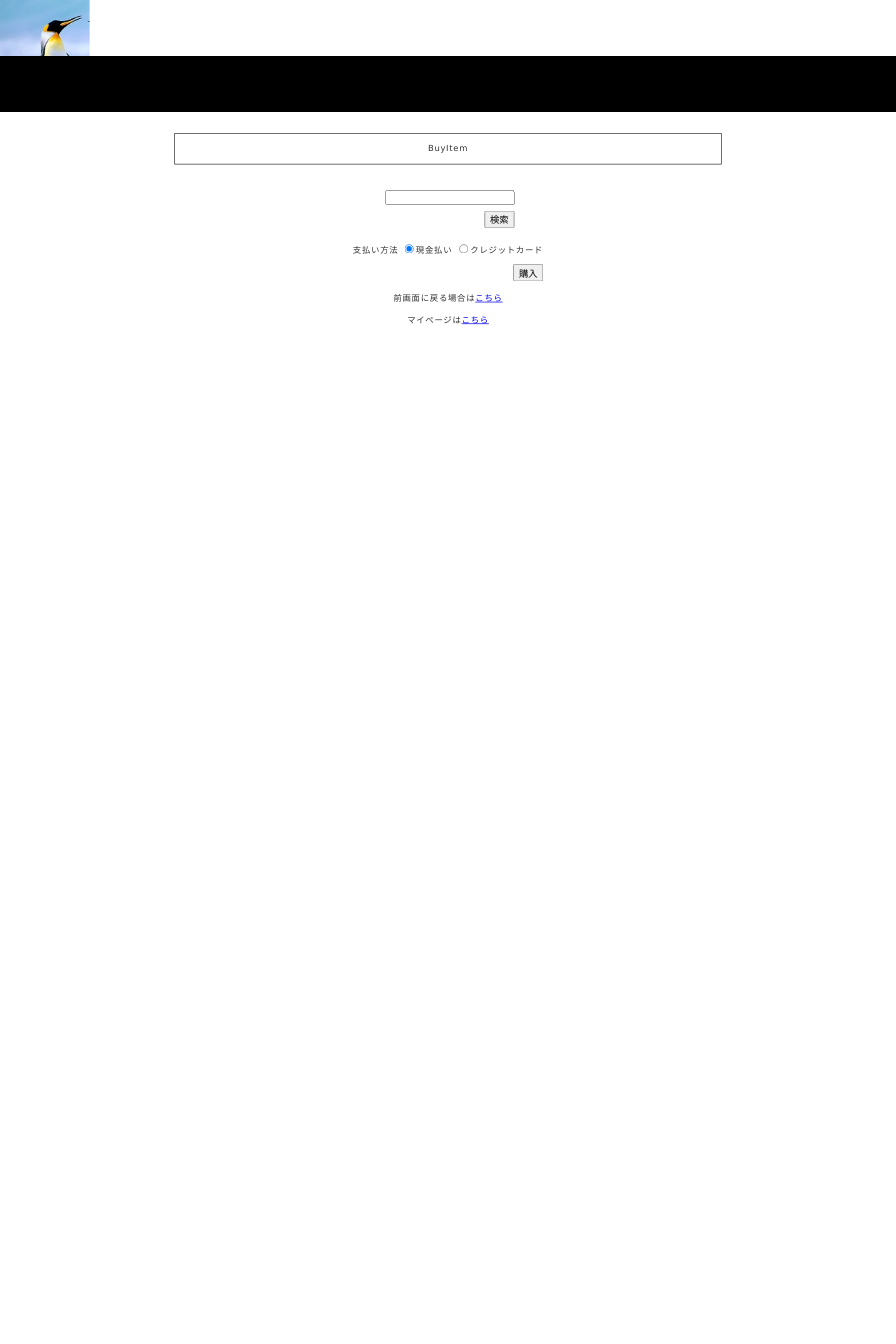
Repository: kanav0208/test
Page: http://localhost/ecsite/buyItem.jsp
The author's editor kept a copy of each file at every save. The page is drawn from the files as they stood at one save, then again after the next save.
The browser window is 1280 px wide. The pictures show the part of the page from y = 0 to 1920 px (the page is 2570 px tall before and 2490 px after), at 70% of full size.
The page is served by Tomcat 9.

Above is the page before, as saved 2018-02-27 05:35:25.

After the next save:
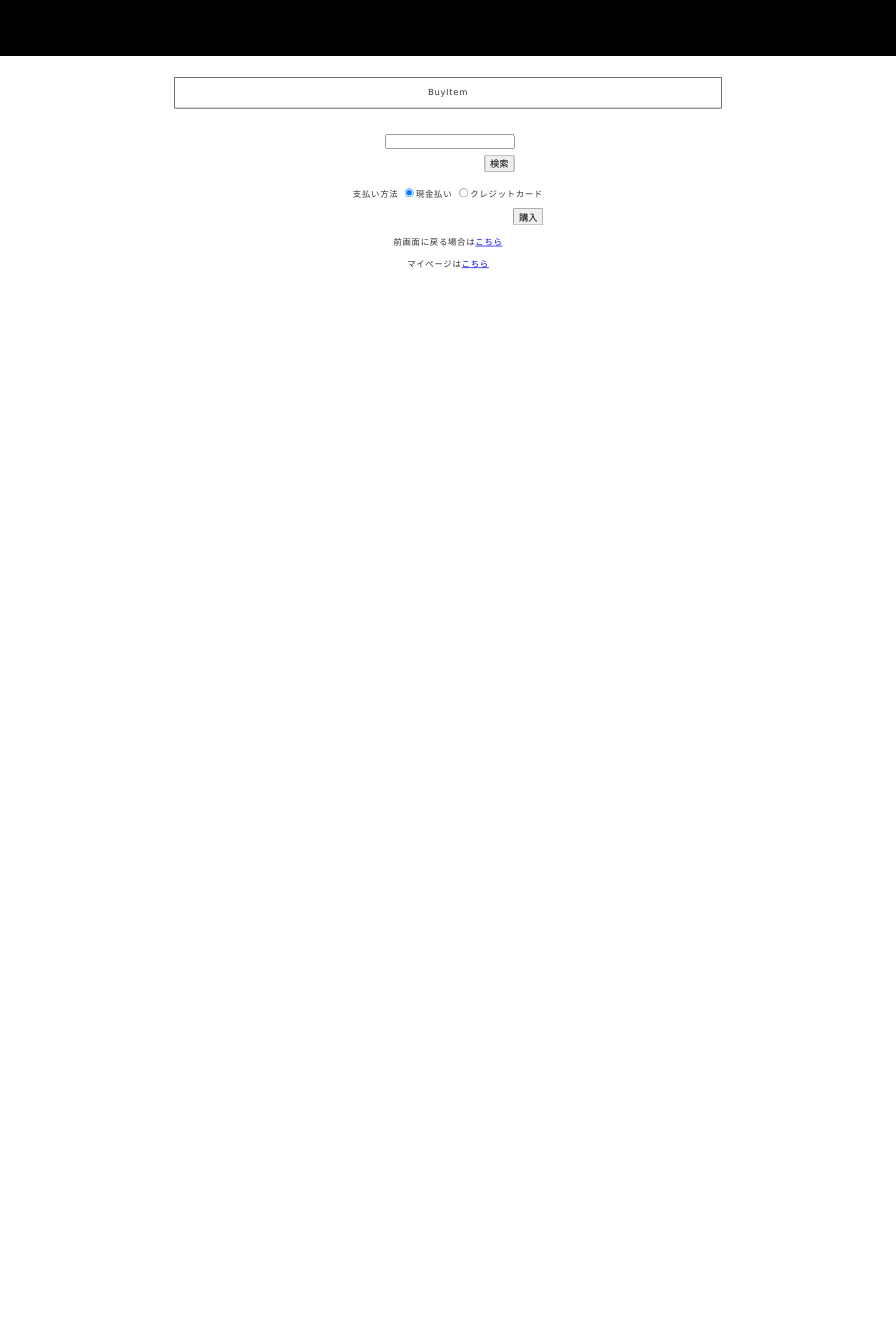
Saved 4 min 52 s later.
--- a/ecsite/WebContent/buyItem.jsp
+++ b/ecsite/WebContent/buyItem.jsp
@@ -62,10 +62,12 @@
 			clear:both;
 		}
 
-		.main_img {
-    width: 10%;
-    height: 80px;
+		main_img {
+    width: 100%;
+    height: 200px;
     background: url('./image/Penguins.jpg');
+    background-size: cover;
+    background-position: 20% 40%;
 }
 
 	</style>
